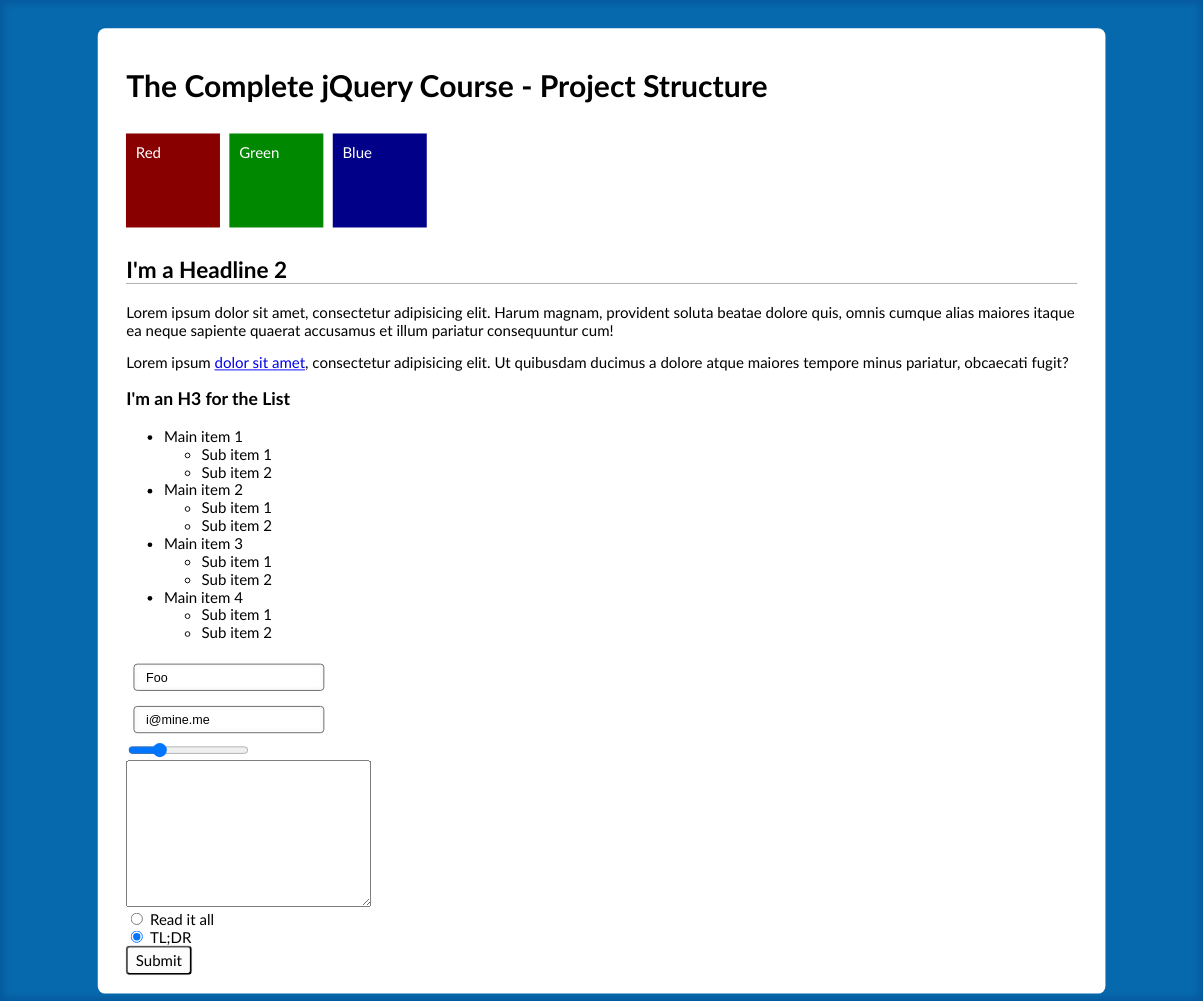
Repository: vpriyankaprabhu/Jquery-examples
Page: 07/submit-event/index.html
An editor plug-in stored every save of this project. The page is shown before and after the next save, followed by the edit.
The browser window is 1280 px wide. The pictures show the whole page, at 94% of full size.

Above is the page before, as saved 2024-12-30 18:59:59.

### 07/submit-event/index.html
<!DOCTYPE html>
<html lang="en">
<head>
  <meta charset="UTF-8">
  <script src="https://code.jquery.com/jquery-1.12.3.min.js" integrity="sha256-aaODHAgvwQW1bFOGXMeX+pC4PZIPsvn2h1sArYOhgXQ=" crossorigin="anonymous"></script>
  <script src="js/script.js"></script>
  <link rel="stylesheet" href="css/style.css">
  <title>The Complete jQuery Course - Course Code</title>
</head>
<body>
  <div id="content">
    <h1>The Complete jQuery Course - Project Structure</h1>

    <div class="red-box">Red</div>
    <div class="green-box">Green</div>
    <div class="blue-box">Blue</div>
    <div class="clear"></div>

    <h2>I'm a Headline 2</h2>
    <p>Lorem ipsum dolor sit amet, consectetur adipisicing elit. Harum magnam, provident soluta beatae dolore quis, omnis cumque alias maiores itaque ea neque sapiente quaerat accusamus et illum pariatur consequuntur cum!</p>
    <p>Lorem ipsum <a id="link" title="An amazing link" href="/url">dolor sit amet</a>, consectetur adipisicing elit. Ut quibusdam ducimus a dolore atque maiores tempore minus pariatur, obcaecati fugit?</p>

    <h3>I'm an H3 for the List</h3>
    <!-- An unordered list with ID "list" -->
    <ul id="list">
      <li>Main item 1
        <ul>
          <li>Sub item 1</li>
          <li>Sub item 2</li>
        </ul></li>
      <li>Main item 2
        <ul>
          <li>Sub item 1</li>
          <li>Sub item 2</li>
        </ul></li>
      <li>Main item 3
        <ul>
          <li>Sub item 1</li>
          <li>Sub item 2</li>
        </ul></li>
      <li>Main item 4
        <ul>
          <li>Sub item 1</li>
          <li>Sub item 2</li>
        </ul></li>
    </ul>

    <!-- A form element without class or ID  -->
    <form action="">
      <input type="text" value="Foo"><br>
      <input type="email" value="i@mine.me"><br>
      <input type="range" min="1" max="10" value="3"><br>
      <textarea name="message" id="message" cols="30" rows="10"></textarea><br>
      <input type="radio" name="toc" value="read" id="read"> <label for="read">Read it all</label> <br>
      <input type="radio" name="toc" value="tldr" checked> <label for="tldr">TL;DR</label> <br>
      <input type="submit" value="Submit">
    </form>

</body>
</html>

### 07/submit-event/js/script.js
$(function () {

  // To handle key presses, use keydown().
  // Usually, you'll attach this to the <html> tag so that the event is handled
  // whenever a key is pressed on the page.
  $("html").keydown(function(event) {
    // You normally want to use the event argument here to do something based
    // on which key was pressed. This information is stored in event.which.
    console.log(event.which);
  });

  // Looking at the log of event.which, we can see that the arrow right key
  // corresponds to 39. So let's store this info to make the code readable:
  var ARROW_RIGHT = 39;

  // Now let's move the blue box when the user presses the arrow right key.
  $("html").keydown(function(event) {
    if (event.which === ARROW_RIGHT) {
      $(".blue-box").stop().animate({
        marginLeft: "+=10px"
      }, 50);
    }
  });

});

### 07/submit-event/css/style.css
.lightbox {
  position: absolute;
  top: 0;
  left: 0;
  display: none;
  width: 30%;
  height: 60%;
  padding: 15% 35% 25% 35%;
  color: #000000;
  background-color: rgba(200, 100, 0, 0.9);
  text-align: center;
  text-shadow: #333 0 1px 0; }

.red-box {
  float: left;
  width: 80px;
  height: 80px;
  margin: 10px 10px 10px 0;
  padding: 10px;
  color: #ffffff;
  background-color: #880000; }

.green-box {
  float: left;
  width: 80px;
  height: 80px;
  margin: 10px 10px 10px 0;
  padding: 10px;
  color: #ffffff;
  background-color: #008800; }

.blue-box {
  float: left;
  width: 80px;
  height: 80px;
  margin: 10px 10px 10px 0;
  padding: 10px;
  color: #ffffff;
  background-color: #000088; }

.large {
  font-size: 125%;
}

.emphasize {
  color: #666;
  font-style: italic;
}

fieldset {
  border-radius: 4px;
  -moz-border-radius: 4px;
  -webkit-border-radius: 4px; }

label {
  display: inline-block;
  min-width: 100px; }

input[type="text"], input[type="email"], input[type="password"], input[type="tel"] {
  margin: 8px;
  padding: 6px 12px;
  outline: none;
  border: 1px solid #666;
  border-radius: 4px;
  box-shadow: inset 0 0 3px 3px #fafafa; }

input[type="submit"] {
  font-family: "Trebuchet MS", Verdana, Arial, sans-serif;
  font-size: 16px;
  padding: 4px 8px;
  background-color: #fcfcfc;
  box-shadow: 0 0 1px 0 #aaa;
  -webkit-border-radius: 4px;
  -moz-border-radius: 4px;
  border-radius: 4px; }
  input[type="submit"]:hover {
    background-color: #f4f4f4;
    box-shadow: 0 0 1px 0 #ccc; }

html {
  min-height: 100%;
  background-color: #0769ad;
  box-shadow: 0 0 8px 4px #06599d inset; }

body {
  font-size: 16px;
  font-family: "Trebuchet MS", Verdana, Arial, sans-serif; }

.clear {
  clear: both; }

#content {
  overflow: auto;
  width: 80%;
  background-color: #fff;
  margin: 30px auto 0 auto;
  padding: 20px 30px;
  border-radius: 8px;
  -moz-border-radius: 8px;
  -webkit-border-radius: 8px; }

h1 {
  color: #000; }

h2 {
  border-bottom: 1px solid #aaa; }

#dashboard {
  position: absolute;
  width: 120px;
  height: 60%;
  left: -140px;
  top: 100px;
  padding: 20px;
  border-radius: 0 6px 6px 0;
  box-shadow: 0 0 3px 3px #f0f0f0;
  background-color: #999; }

.fancy-link {
  display: inline-block;
  text-decoration: none;
  color: #111199; }

.fancy-link:after {
  display: block;
  content: '';
  border-bottom: solid 1px #22a;
  transform: scaleX(0.0001);
  transition: transform 250ms ease-in-out; }

.fancy-link:hover:after {
  transform: scaleX(1); }

/*# sourceMappingURL=style.css.map */

After the next save:
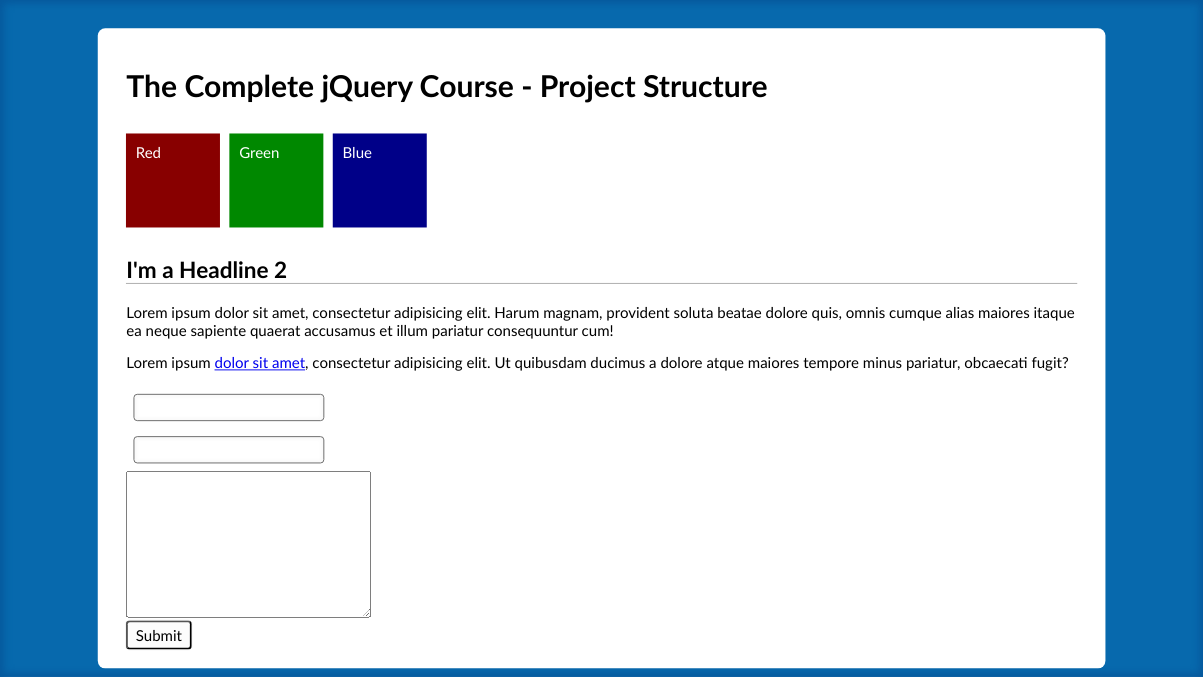
Saved 13 s later.
--- a/07/submit-event/index.html
+++ b/07/submit-event/index.html
@@ -20,39 +20,11 @@
     <p>Lorem ipsum dolor sit amet, consectetur adipisicing elit. Harum magnam, provident soluta beatae dolore quis, omnis cumque alias maiores itaque ea neque sapiente quaerat accusamus et illum pariatur consequuntur cum!</p>
     <p>Lorem ipsum <a id="link" title="An amazing link" href="/url">dolor sit amet</a>, consectetur adipisicing elit. Ut quibusdam ducimus a dolore atque maiores tempore minus pariatur, obcaecati fugit?</p>
 
-    <h3>I'm an H3 for the List</h3>
-    <!-- An unordered list with ID "list" -->
-    <ul id="list">
-      <li>Main item 1
-        <ul>
-          <li>Sub item 1</li>
-          <li>Sub item 2</li>
-        </ul></li>
-      <li>Main item 2
-        <ul>
-          <li>Sub item 1</li>
-          <li>Sub item 2</li>
-        </ul></li>
-      <li>Main item 3
-        <ul>
-          <li>Sub item 1</li>
-          <li>Sub item 2</li>
-        </ul></li>
-      <li>Main item 4
-        <ul>
-          <li>Sub item 1</li>
-          <li>Sub item 2</li>
-        </ul></li>
-    </ul>
-
     <!-- A form element without class or ID  -->
-    <form action="">
-      <input type="text" value="Foo"><br>
-      <input type="email" value="i@mine.me"><br>
-      <input type="range" min="1" max="10" value="3"><br>
+    <form id="form" action="">
+      <input type="text" id="name" value=""><br>
+      <input type="password" value=""><br>
       <textarea name="message" id="message" cols="30" rows="10"></textarea><br>
-      <input type="radio" name="toc" value="read" id="read"> <label for="read">Read it all</label> <br>
-      <input type="radio" name="toc" value="tldr" checked> <label for="tldr">TL;DR</label> <br>
       <input type="submit" value="Submit">
     </form>
 
